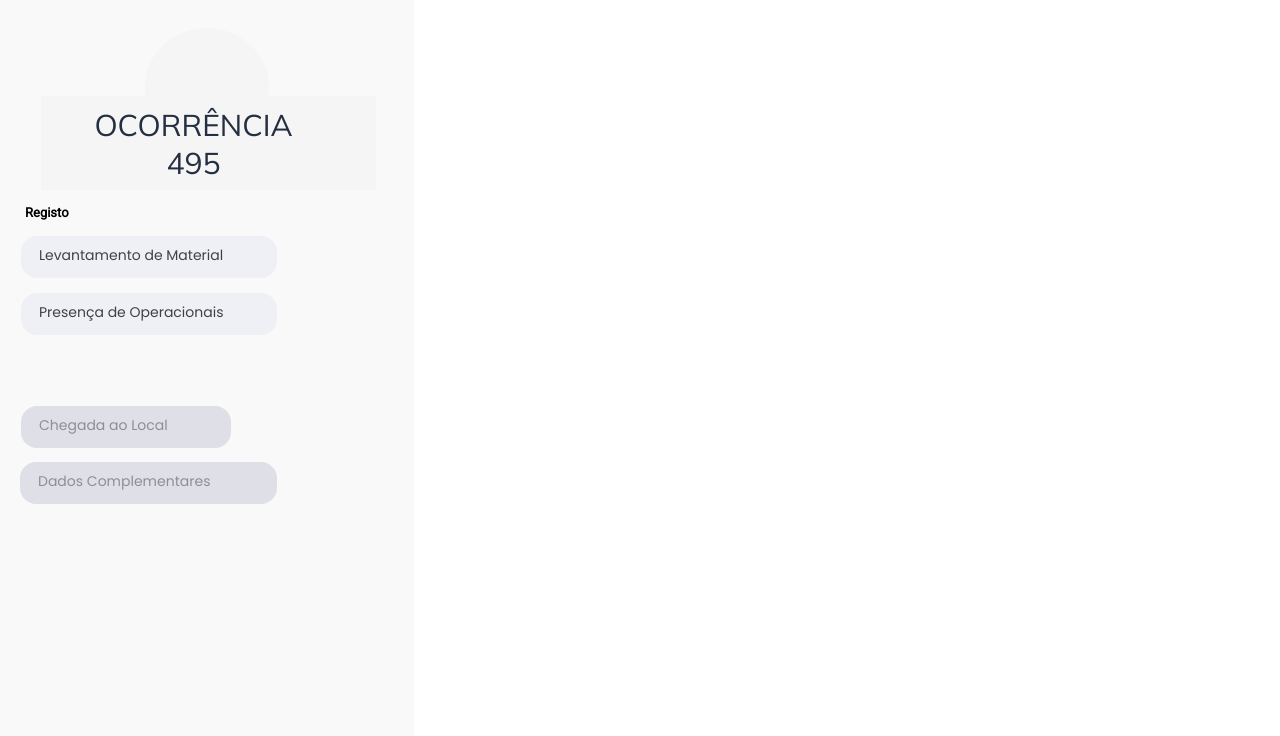
Repository: UnivMinho/D12_frontend
Page: Responsável no Terreno/Front-Office/RegistoDadosOcorrencia.html
The author's editor kept a record of every edit. The page is drawn from the files as they stood at one moment, then again after the next edit.
The browser window is 1280 px wide. The pictures show the whole page.
Some web libraries are served in a nearby version.

Above is the page before.

After the next edit:
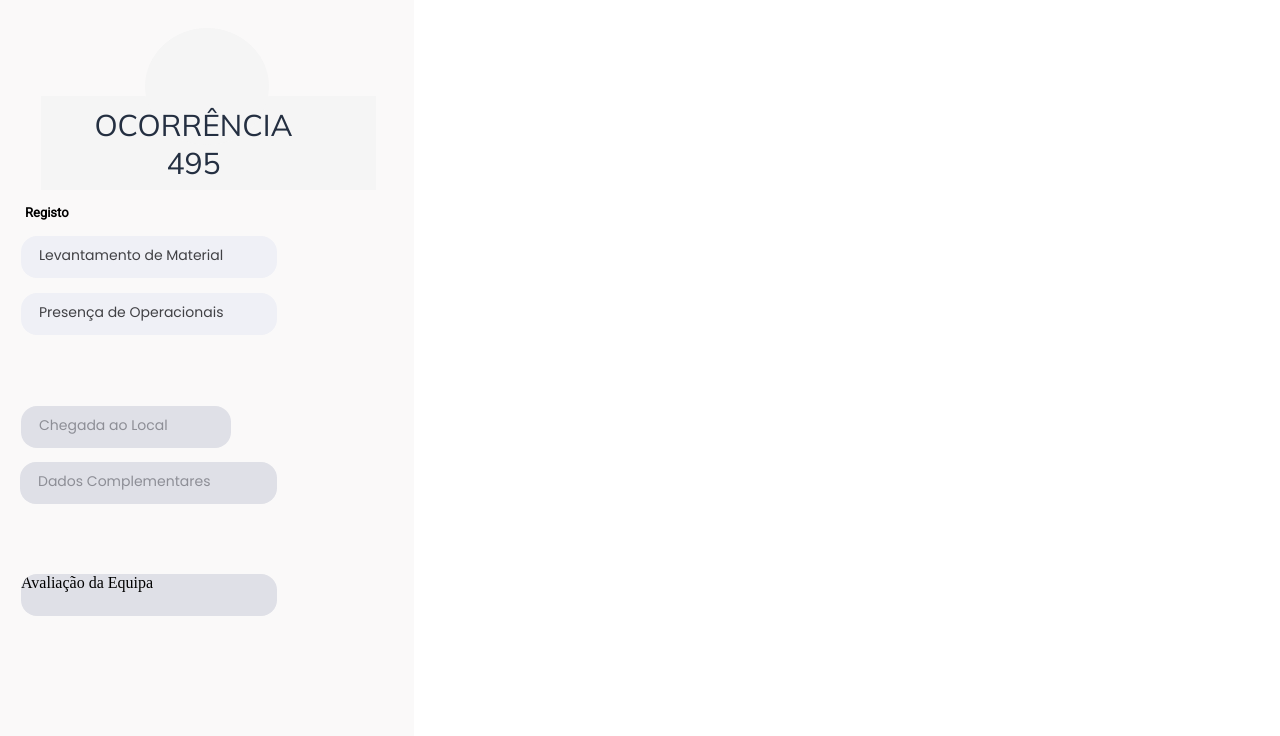
The edit:
--- a/Responsável no Terreno/Front-Office/RegistoDadosOcorrencia.html
+++ b/Responsável no Terreno/Front-Office/RegistoDadosOcorrencia.html
@@ -34,7 +34,8 @@
 
         <div class="boxDadosComplementares">
            <span class="textoDadosComplementares">Dados Complementares</span></div>
-        <div class="v165_3006">
+
+        <div class="boxAvaliacao">
             <div class="v165_3007">
                 <div class="v165_3008">
                     <div class="v165_3009"></div>
